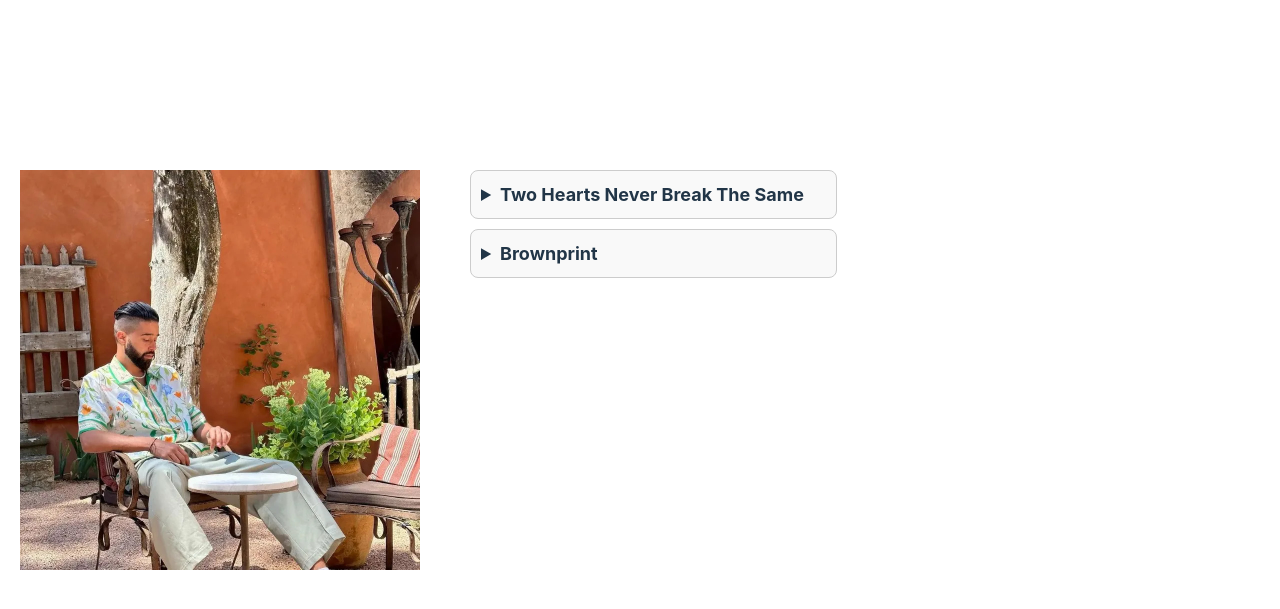
Repository: GavinPahal/my_app
Page: / (app in react/)
The author's editor kept a copy of each file at every save. The page is drawn from the files as they stood at one save, then again after the next save.
The browser window is 1280 px wide. The pictures show the whole page.
The project was rebuilt for these pictures with package versions that can differ from the ones it lists, and the page was loaded fresh each time. Also part of the build but not shown: react/vite.config.js.

Above is the page before, as saved 2024-09-14 13:27:42.

### react/src/App.jsx
import { useState } from 'react'
import ap from '/Untitled-34.jpg'
import './App.css'

function App() {
  return (
    <div className="container">
      <h2></h2>
      <img src={ap} alt="Vite logo" width={400} height={400}/>
      <div className="album">
        <details name="reqs">
          <summary>Two Hearts Never Break The Same</summary>
          <ol>
            <li>All Night(Live)</li>
            <li>Hills</li>
            <li>SummerHigh</li>
            <li>Wo Noor</li>
            <li>Dil Nu</li>
          </ol>
        </details>
        <details name="reqs">
          <summary>Brownprint</summary>
          <ol>
            <li>Brownprint</li>
            <li>315</li>
            <li>Old Money</li>
            <li>Losing Myself</li>
            <li>Distance</li>
            <li>After Midnight</li>
            <li>Bora Bora</li>
            <li>Sweet Flower</li>
            <li>To Be Contuined</li>
          </ol>
        </details>
      </div>
    </div>
  )
}

export default App

### react/src/App.css
.container {
  display: flex;
  justify-content: center;
  align-items: flex-start;
  margin-top: 20px;
}

img {
  margin-right: 50px;
margin-left: 20px;
}

.album {
  display: flex;
  flex-direction: column;
  max-width: 400px;
}

details {
  width: 100%;
  margin-bottom: 10px;
  border: 1px solid #ccc;
  border-radius: 8px;
  padding: 10px;
  background-color: #f9f9f9;
}

summary {
  font-size: 18px;
  font-weight: bold;
  cursor: pointer;
}

summary:hover {
  color: #007bff;
}

details[open] summary {
  color: #007bff;
}

ol {
  padding-left: 20px;
  margin: 10px 0;
  list-style: decimal;
}

Loaded but not shown: react/index.html (common file); react/src/main.jsx (common file); react/src/index.css (common file)

After the next save:
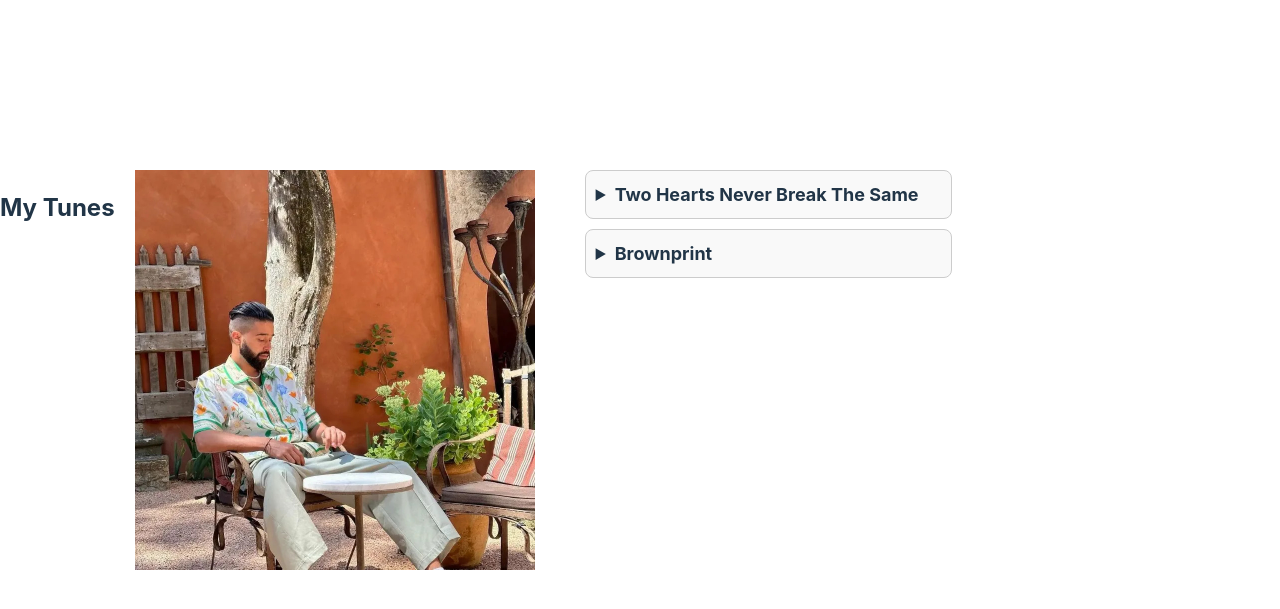
Saved 10 s later.
--- a/react/src/App.jsx
+++ b/react/src/App.jsx
@@ -5,7 +5,7 @@
 function App() {
   return (
     <div className="container">
-      <h2></h2>
+      <h2>My Tunes</h2>
       <img src={ap} alt="Vite logo" width={400} height={400}/>
       <div className="album">
         <details name="reqs">
